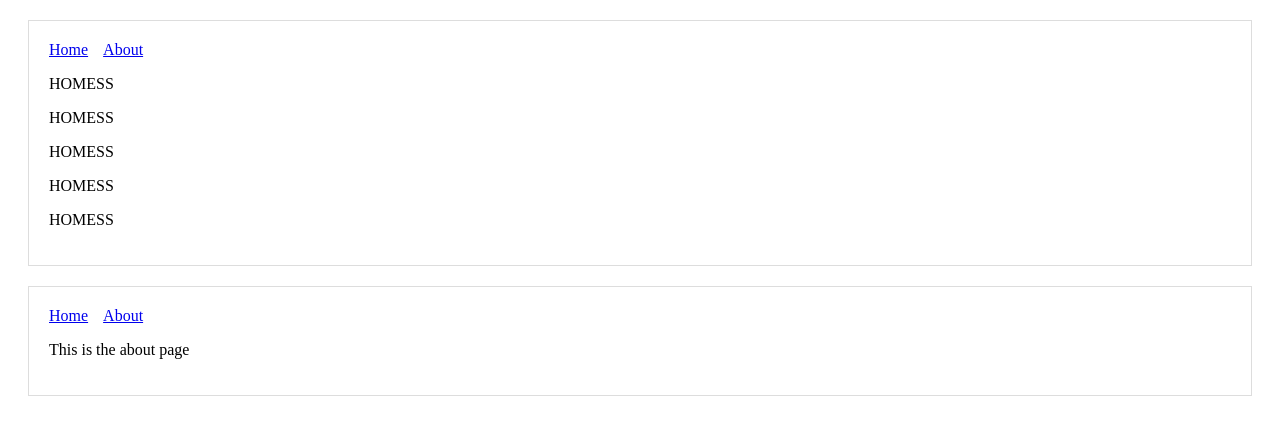
Repository: sivaraj-v/nextJs
Page: /
The author's editor kept a copy of each file at every save. The page is drawn from the files as they stood at one save, then again after a run of saves.
The browser window is 1280 px wide. The pictures show the whole page.
The project was rebuilt for these pictures with package versions that can differ from the ones it lists, and the page was loaded fresh each time. The framework's server and built-in components were replaced by stand-ins that run in the browser.

Above is the page before, as saved 2017-10-11 13:05:29.

### pages/index.js
// This is the Link API
import Header from "../comps/Header";
import Layout from "../comps/MyLayout.js";
import Link from "next/link";
import Head from "next/head";

const content = <p>This is the about page</p>;
const Index = () => (
  <div>
    {/* <Link href="/about">
      <a style={{ fontSize: 14 }}>About Page</a>
    </Link> */}
    <Head>
      <title>My page title</title>
      <meta name="viewport" content="initial-scale=1.0, width=device-width" />
    </Head>
    {/* <Header /> */}
    <Layout>
      <p>HOMESS</p>
      <p>HOMESS</p>
      <p>HOMESS</p>
      <p>HOMESS</p>
      <p>HOMESS</p>
    </Layout>
    <Layout content={content} />
  </div>
);

export default Index;

### comps/Header.js
import Link from "next/link";

const linkStyle = {
  marginRight: 15
};

const Header = () => (
  <div>
    <Link href="/">
      <a style={linkStyle}>Home</a>
    </Link>
    <Link href="/about">
      <a style={linkStyle}>About</a>
    </Link>
    {/* <Link href={{ pathname: "/about", query: { name: "Zeit" } }}>
      <a style={{ fontSize: 14 }}>About</a>
    </Link> */}
  </div>
);

export default Header;

### comps/MyLayout.js
import Header from "./Header";

const layoutStyle = {
  margin: 20,
  padding: 20,
  border: "1px solid #DDD"
};

const Layout = props => (
  <div style={layoutStyle}>
    <Header />
    {/* {console.log(props)} */}
    {props.content}
    {props.children}
  </div>
);

export default Layout;

After the next 2 saves:
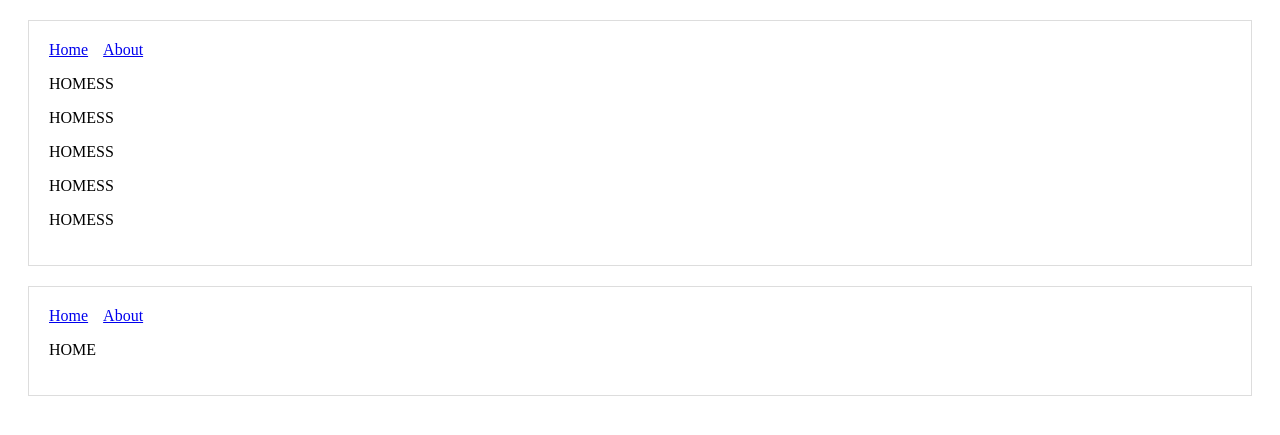
The 2 saves are shown as one change because they came seconds apart.
The last was saved 57 min 49 s later.
--- a/pages/index.js
+++ b/pages/index.js
@@ -4,7 +4,7 @@ import Layout from "../comps/MyLayout.js";
 import Link from "next/link";
 import Head from "next/head";
 
-const content = <p>This is the about page</p>;
+const content = <p>HOME</p>;
 const Index = () => (
   <div>
     {/* <Link href="/about">
